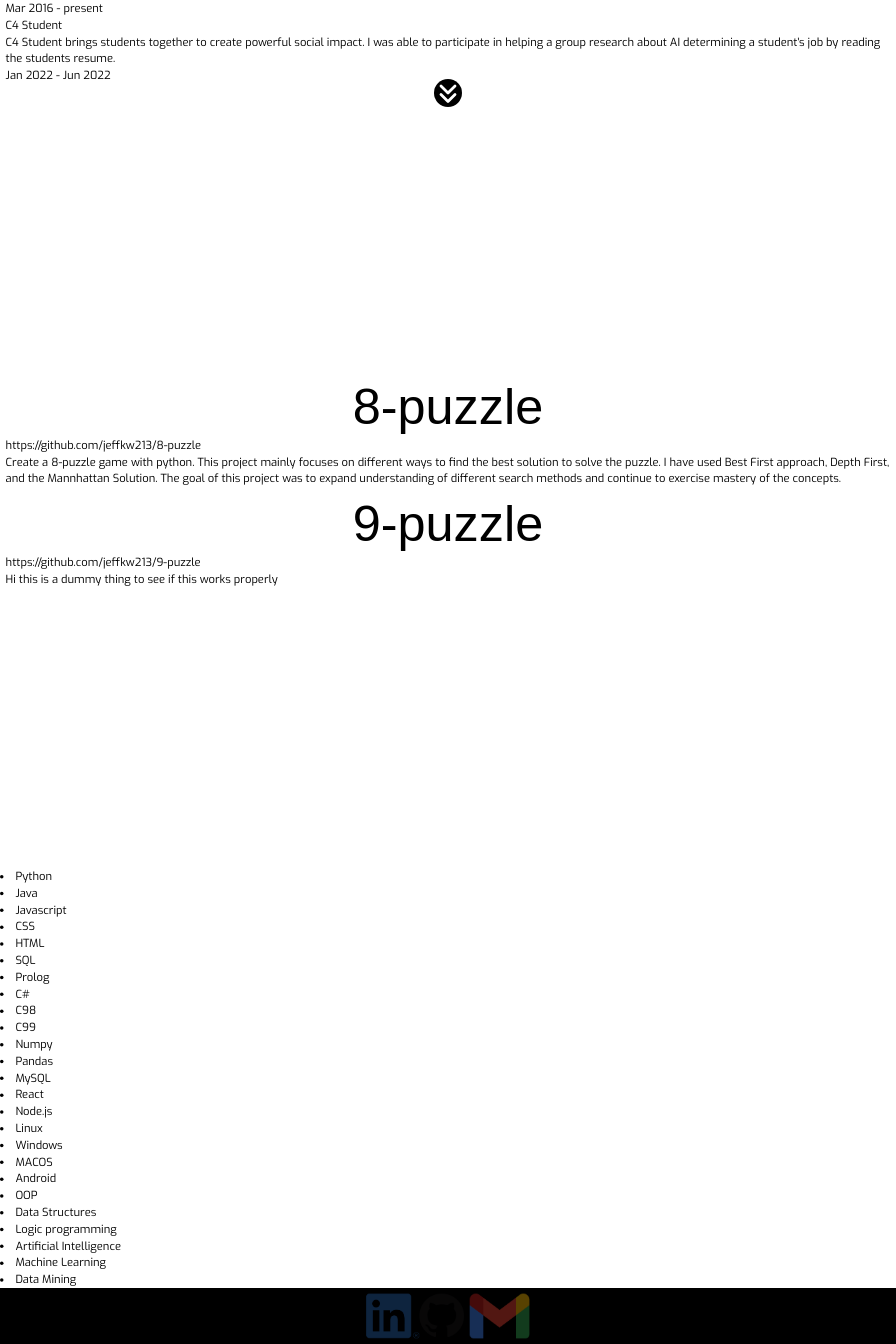
Repository: Jeffkw213/profile_website
Page: /
These files come from the project's save history. The page is drawn as it stood at one moment and after the next save; the edit follows.
The browser window is 1280 px wide. The pictures show the part of the page from y = 1640 to 3560 px (the page is 3560 px tall), at 70% of full size.
Some web fonts or font styles are not loaded; a fallback is used. The project was rebuilt for these pictures with package versions that can differ from the ones it lists, and the page was loaded fresh each time. Also part of the build but not shown: vite.config.js.

Above is the page before, as saved 2022-10-21 16:59:20.

After the next save:
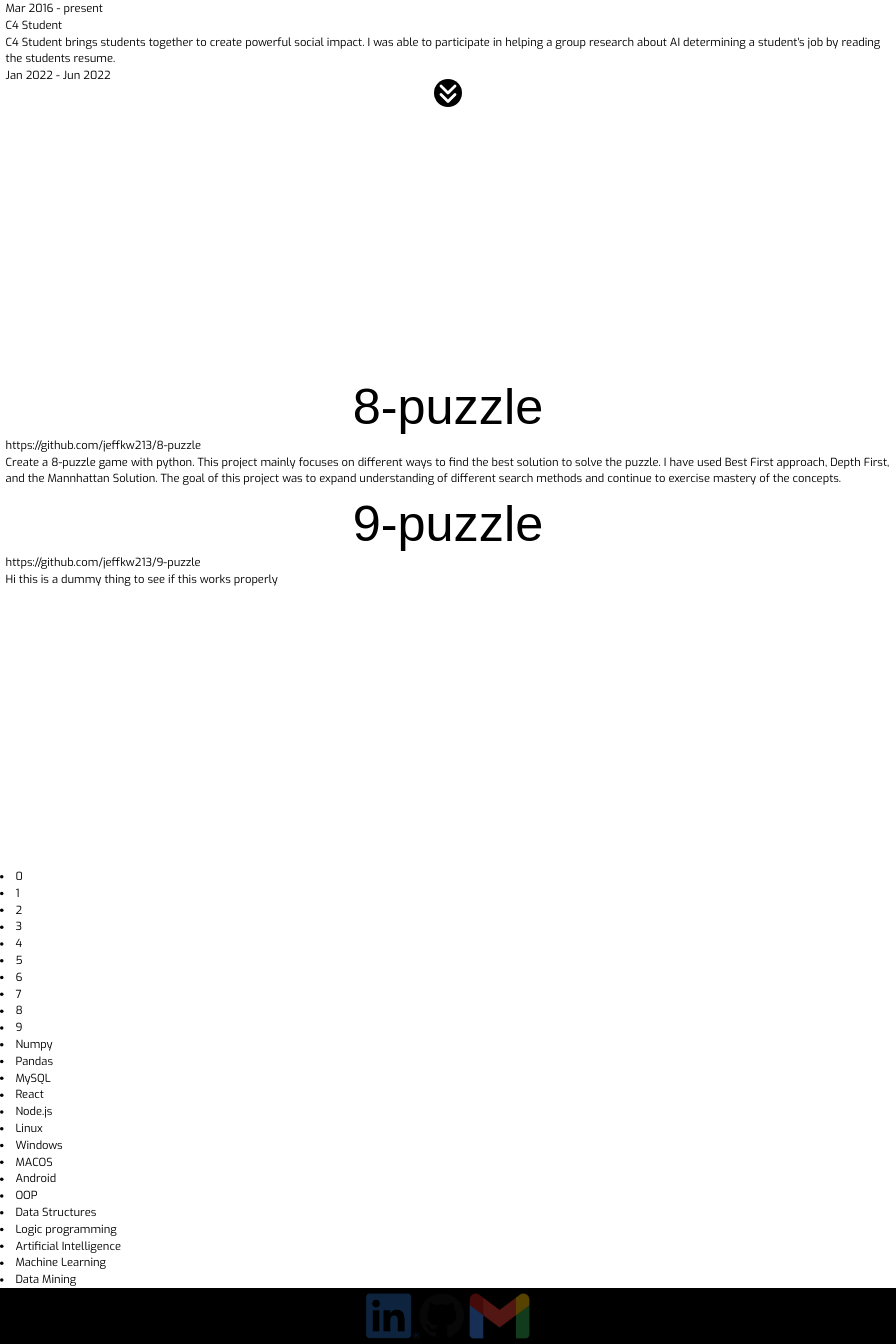
Saved 51 s later.
--- a/src/components/Skillz.jsx
+++ b/src/components/Skillz.jsx
@@ -8,7 +8,7 @@
       </div> */}
       <div>
         {props.Languages.map((item, i) => {
-          return <li key={i}>{item}</li>;
+          return <li key={i}>{i}</li>;
         })}
       </div>
       <div>

After the save that followed:
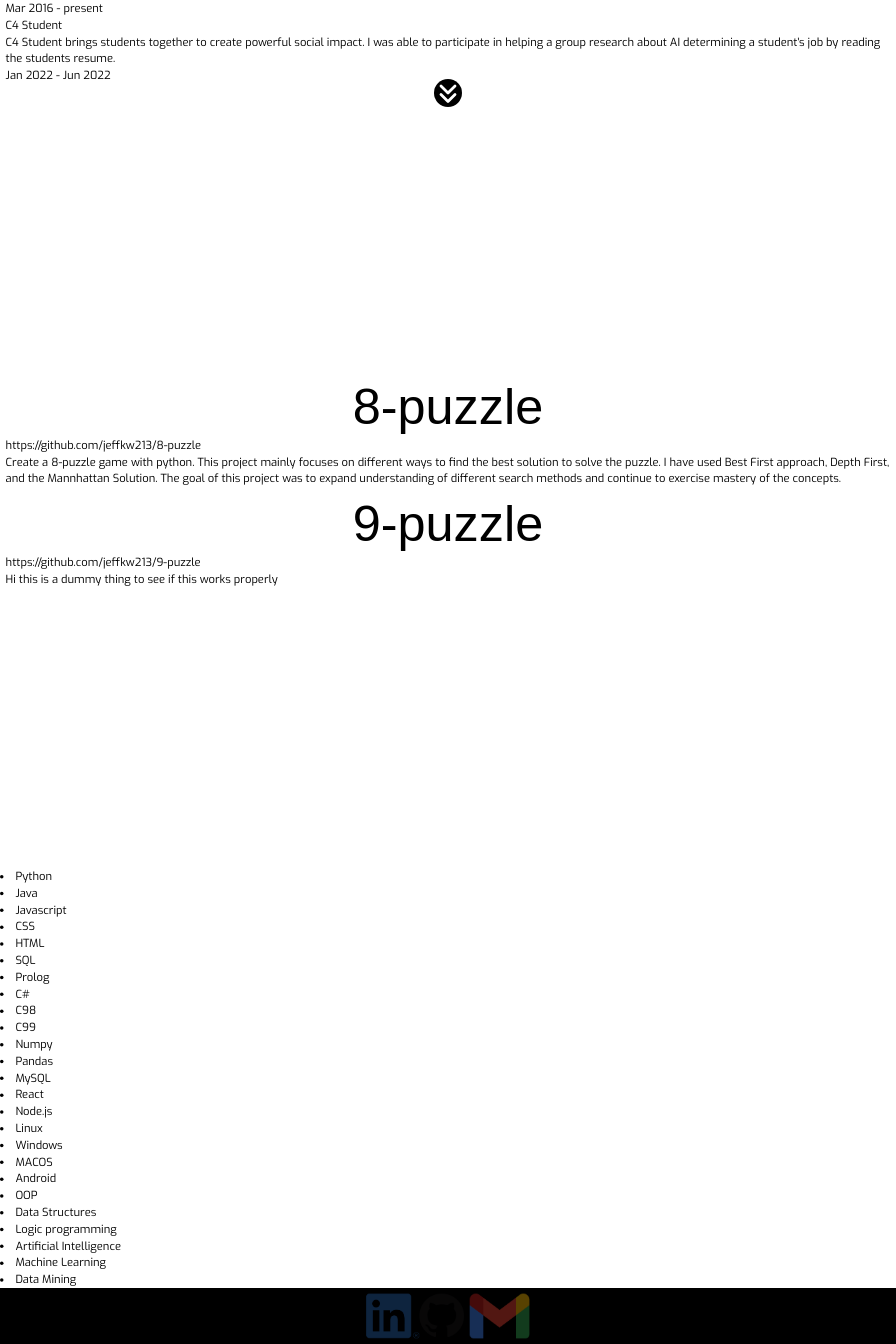
Saved 12 s later.
--- a/src/components/Skillz.jsx
+++ b/src/components/Skillz.jsx
@@ -8,7 +8,7 @@
       </div> */}
       <div>
         {props.Languages.map((item, i) => {
-          return <li key={i}>{i}</li>;
+          return <li key={i}>{item}</li>;
         })}
       </div>
       <div>
